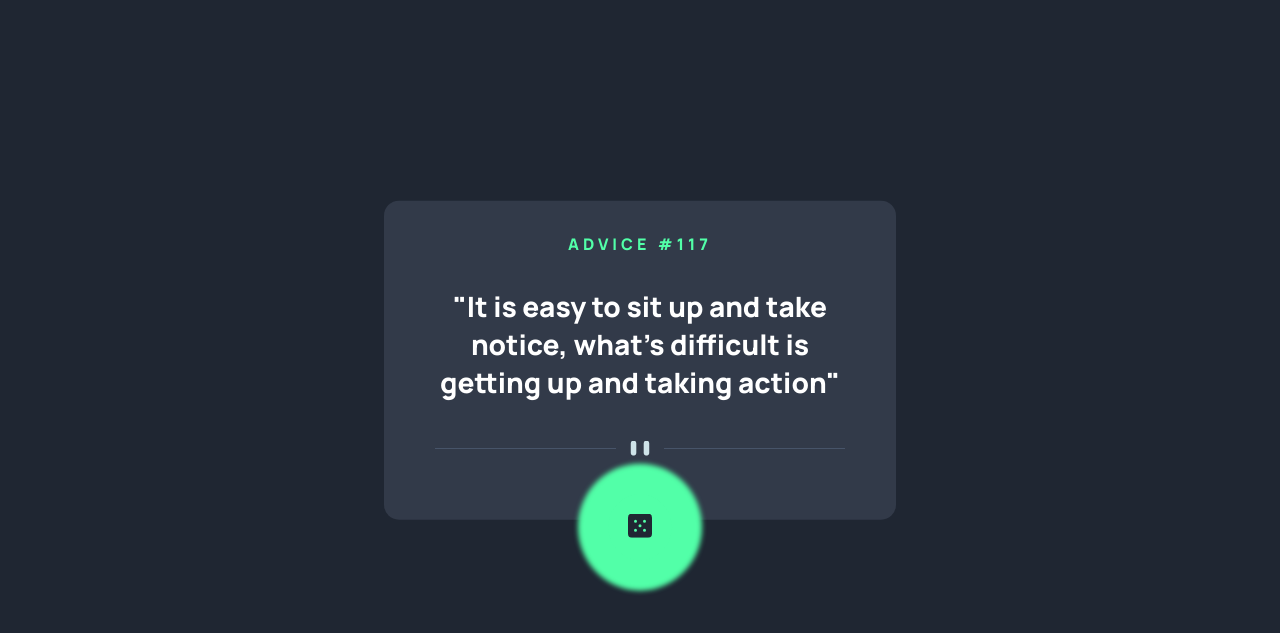
Repository: WindOfCodes/advice-generator-app
Page: index.html
The author's editor kept a copy of each file at every save. The page is drawn from the files as they stood at one save, then again after a run of saves.
The browser window is 1280 px wide. The pictures show the whole page.
The pointer rests on the first visible `.dice`.

Above is the page before, as saved 2022-11-28 22:24:36.

### index.html
<!DOCTYPE html>
<html lang="en">
  <head>
    <meta charset="UTF-8" />
    <meta name="viewport" content="width=device-width, initial-scale=1.0" />
    <link
      href="https://fonts.googleapis.com/css2?family=Manrope:wght@800&display=swap"
      rel="stylesheet"
    />
    <link rel="stylesheet" href="/styles/main.css" />
  </head>
  <body>
    <div class="card">
      <span class="number">advice #117</span>
      <span class="quote">
        "It is easy to sit up and take notice, what's difficult is getting up and taking action"
      </span>
      <img class="line" src="./images/pattern-divider-desktop.svg" />
      <button class="dice">
        <img src="./images/icon-dice.svg" />
      </button>
    </div>
  </body>
</html>

### styles/main.css
/* <style>
.attribution { font-size: 11px; text-align: center; }
.attribution a { color: hsl(228, 45%, 44%); }
</style> */

/* Mobile: 375px
Desktop: 1440px */

/* $lightCyan : hsl(193, 38%, 86%);
$neonGreen: hsl(150, 100%, 66%);
$grayishBlue: hsl(217, 19%, 38%);
$darkGrayishBlue: hsl(217, 19%, 24%);
$darkBlue: hsl(218, 23%, 16%); */

body {
  font-family: "Manrope", sans-serif;
  font-weight: 800;
  background-color: hsl(218, 23%, 16%);
  font-size: 28px;
}

.card {
  background-color: hsl(217, 19%, 24%);
  width: 40%;
  min-height: 35%;
  display: flex;
  flex-direction: column;
  position: absolute;
  top: 50%;
  left: 50%;
  transform: translate(-50%, -50%);
  justify-content: center;
  align-items: center;
  margin: auto;
  border-radius: 15px;
}

.number {
  text-transform: uppercase;
  font-size: 16px;
  letter-spacing: 0.25rem;
  color: hsl(150, 100%, 66%);
  margin: 2rem 0;
}

.quote {
  color: white;
  max-width: 80%;
  text-align: center;
}

.line {
  margin: 2.5rem 0 4rem 0;
  width: 80%;
}

.dice {
  border: none;
  border-radius: 50%;
  background-color: hsl(150, 100%, 66%);
  padding: 20px;
  position: absolute;
  top: 92%;
}

.dice:hover {
  cursor: pointer;
  -webkit-box-shadow: 0px 0px 5px 30px hsla(150, 100%, 66%, 1);
  -moz-box-shadow: 0px 0px 5px 30px hsla(150, 100%, 66%, 1);
  box-shadow: 0px 0px 5px 30px hsla(150, 100%, 66%, 1);
}

After the next 4 saves:
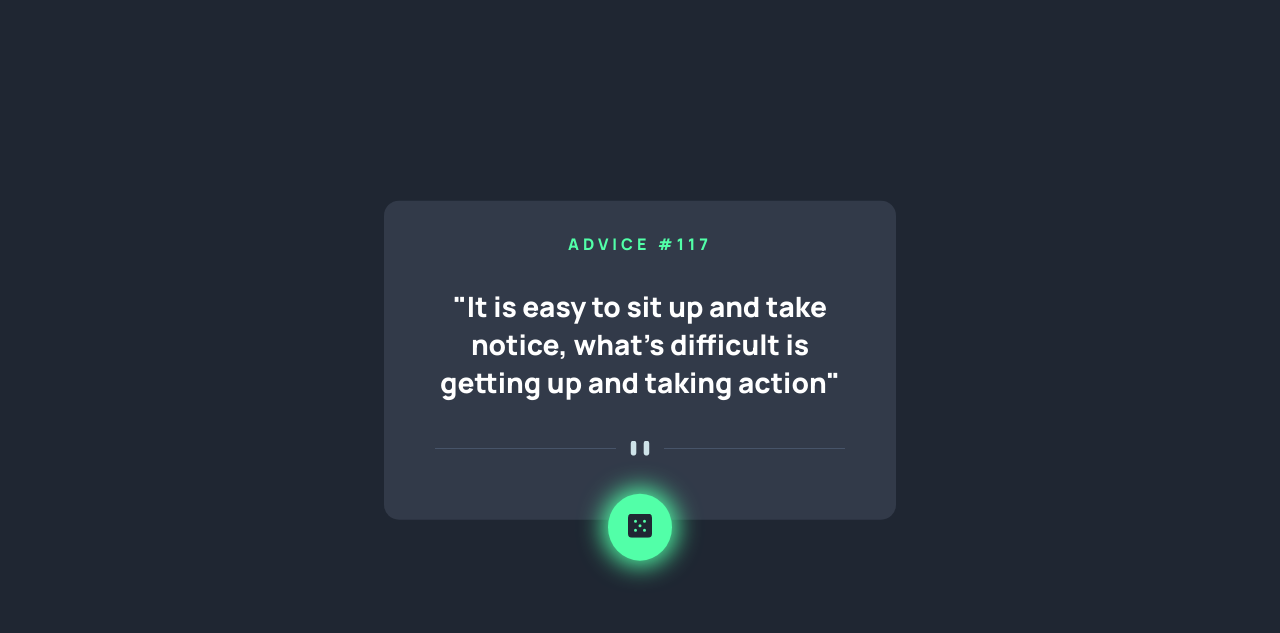
The 4 saves are shown as one change because they came seconds apart.
The last was saved 13 s later.
--- a/styles/main.css
+++ b/styles/main.css
@@ -65,7 +65,7 @@ body {
 
 .dice:hover {
   cursor: pointer;
-  -webkit-box-shadow: 0px 0px 5px 30px hsla(150, 100%, 66%, 1);
-  -moz-box-shadow: 0px 0px 5px 30px hsla(150, 100%, 66%, 1);
-  box-shadow: 0px 0px 5px 30px hsla(150, 100%, 66%, 1);
+  -webkit-box-shadow: 0px 0px 25px 5px hsla(150, 100%, 66%, 1);
+  -moz-box-shadow: 0px 0px 25px 5px hsla(150, 100%, 66%, 1);
+  box-shadow: 0px 0px 25px 5px hsla(150, 100%, 66%, 1);
 }
